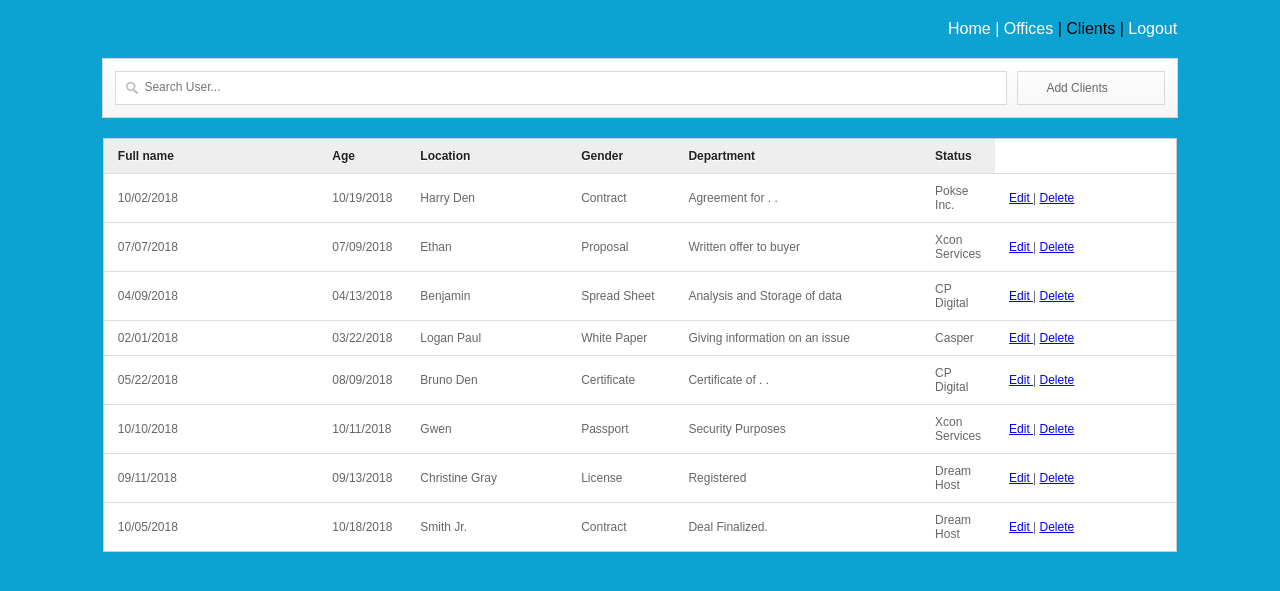
Repository: MrSyntax31/recordmanagement
Page: http://localhost/main/clients.php
An editor plug-in stored every save of this project. The page is shown before and after a run of saves, followed by the edit.
The browser window is 1280 px wide. The pictures show the whole page.
The page is run by PHP 8.4 with error messages shown; the project is at /var/www/html/. The database holds what the project's SQL file puts in it.

Above is the page before, as saved 2022-03-03 14:42:03.

### main/clients.php
<style>
body {
	background: #0ca3d2;
}
table { border-collapse: separate; background-color: #FFFFFF; border-spacing: 0; width: 85%; color: #666666; text-shadow: 0 1px 0 #FFFFFF; border: 1px solid #CCCCCC; box-shadow: 0; margin: 0 auto;font-family: arial; }
table thead tr th { background: none repeat scroll 0 0 #EEEEEE; color: #222222; padding: 10px 14px; text-align: left; border-top: 0 none; font-size: 12px; }
table tbody tr td{
    background-color: #FFFFFF;
	font-size: 12px;
    text-align: left;
	padding: 10px 14px;
	border-top: 1px solid #DDDDDD;
}
#log {
	width: 85%;
	text-align: right;
	margin: 20px auto;
	font-family: arial;
}
#log a {
	color: #FFFFFF;
	text-decoration: none;
	font-family: arial;
}
#formdesign {
	background: linear-gradient(to bottom, #FFFFFF 0%, #F6F6F6 100%) repeat scroll 0 0 rgba(0, 0, 0, 0);
    border: 1px solid #D5D5D5;
    padding: 12px;
    position: relative;
	margin: 20px auto;
	width: 83%;
	clear: both;
	height: 34px;
}
#filter {
	-moz-box-sizing: border-box;
    background: url("img/big_search.png") no-repeat scroll 10px 10px #FFFFFF;
    box-shadow: none;
    display: block;
    font-size: 12px;
    height: 34px;
    padding: 9px 140px 9px 28px;display: block;
    font-size: 12px;
    height: 34px;
    padding: 9px 140px 9px 28px;
    width: 85%;
	border: 1px solid #DADADA;
    transition: border 0.2s linear 0s, box-shadow 0.2s linear 0s;
	padding-top: 6px;
	float: left;
}
#add {
	float: right;
	width: 8.5%;
	display: block;
    font-size: 12px;
    height: 14px;
    padding: 9px 28px 9px 28px;
	border: 1px solid #DADADA;
}
a#add {
	text-decoration: none;
	color: #666666;
	font-family: arial;
	font-size: 12px;
}

</style>
<script src="argiepolicarpio.js" type="text/javascript" charset="utf-8"></script>
<script src="js/application.js" type="text/javascript" charset="utf-8"></script>
<!--sa poip up-->
<link href="src/facebox.css" media="screen" rel="stylesheet" type="text/css" />
   <script src="lib/jquery.js" type="text/javascript"></script>
  <script src="src/facebox.js" type="text/javascript"></script>
  <script type="text/javascript">
    jQuery(document).ready(function($) {
      $('a[rel*=facebox]').facebox({
        loadingImage : 'src/loading.gif',
        closeImage   : 'src/closelabel.png'
      })
    })
  </script>
<div id="log"> <a href="index.php">Home | <a href="offices.php">Offices</a> | Clients |  <a href="../index.php">Logout</a>
</div>
<div id="formdesign">
<input type="text" name="filter" value="" id="filter" placeholder="Search User..." autocomplete="off" />
<a rel="facebox" href="add.php" id="add">Add Clients</a>
</div>
<table cellspacing="0" cellpadding="2" id="resultTable">
<thead>
	<tr>
		<th width="20%"> Full name</th>
		<th width="7%"> Age</th>
		<th width="15%"> Location </th>
		<th width="10%"> Gender </th>
		<th width="23%"> Department </th>
		<th width="5%">  Status </th>
	</tr>
</thead>
<tbody>
	<?php
		include('connect.php');
		$result = $db->prepare("SELECT * FROM transaction ORDER BY id DESC");
		$result->execute();
		for($i=0; $row = $result->fetch(); $i++){
	?>
	<tr class="record">
		<td><?php echo $row['date']; ?></td>
		<td><?php echo $row['dateout']; ?></td>
		<td><?php echo $row['receive_by']; ?></td>
		<td><?php echo $row['doc_type']; ?></td>
		<td><?php echo $row['description']; ?></td>
		<td><?php echo $row['office']; ?></td>
		<td><a rel="facebox" href="editform.php?id=<?php echo $row['id']; ?>"> Edit </a> | <a href="#" id="<?php echo $row['id']; ?>" class="delbutton" title="Click To Delete">Delete</a></td>
	</tr>
	<?php
		}
	?>
</tbody>
</table>
<script src="js/jquery.js"></script>
  <script type="text/javascript">
$(function() {


$(".delbutton").click(function(){

//Save the link in a variable called element
var element = $(this);

//Find the id of the link that was clicked
var del_id = element.attr("id");

//Built a url to send
var info = 'id=' + del_id;
 if(confirm("Sure you want to delete this update? There is NO undo!"))
		  {

 $.ajax({
   type: "GET",
   url: "delete.php",
   data: info,
   success: function(){

   }
 });
         $(this).parents(".record").animate({ backgroundColor: "#fbc7c7" }, "fast")
		.animate({ opacity: "hide" }, "slow");

 }

return false;

});

});
</script>

### main/connect.php
<?php
/* Database config */
$db_host		= 'localhost';
$db_user		= 'root';
$db_pass		= '';
$db_database	= 'record';

/* End config */

$db = new PDO('mysql:host='.$db_host.';dbname='.$db_database, $db_user, $db_pass);
$db->setAttribute(PDO::ATTR_ERRMODE, PDO::ERRMODE_EXCEPTION);

?>

### main/js/application.js
$(document).ready(function() {
	zebraRows('tr:odd td', 'odd');

	$('tbody tr').hover(function(){
	  $(this).find('td').addClass('hovered');
	}, function(){
	  $(this).find('td').removeClass('hovered');
	});

	//default each row to visible
	$('tbody tr').addClass('visible');

	//overrides CSS display:none property
	//so only users w/ JS will see the
	//filter box
	$('#search').show();

	$('#filter').keyup(function(event) {
		//if esc is pressed or nothing is entered
    if (event.keyCode == 27 || $(this).val() == '') {
			//if esc is pressed we want to clear the value of search box
			$(this).val('');

			//we want each row to be visible because if nothing
			//is entered then all rows are matched.
      $('tbody tr').removeClass('visible').show().addClass('visible');
    }

		//if there is text, lets filter
		else {
      filter('tbody tr', $(this).val());
    }

		//reapply zebra rows
		$('.visible td').removeClass('odd');
		zebraRows('.visible:even td', 'odd');
	});

	//grab all header rows
	$('thead th').each(function(column) {
		$(this).addClass('sortable')
					.click(function(){
						var findSortKey = function($cell) {
							return $cell.find('.sort-key').text().toUpperCase() + ' ' + $cell.text().toUpperCase();
						};

						var sortDirection = $(this).is('.sorted-asc') ? -1 : 1;

						//step back up the tree and get the rows with data
						//for sorting
						var $rows		= $(this).parent()
																.parent()
																.parent()
																.find('tbody tr')
																.get();

						//loop through all the rows and find
						$.each($rows, function(index, row) {
							row.sortKey = findSortKey($(row).children('td').eq(column));
						});

						//compare and sort the rows alphabetically
						$rows.sort(function(a, b) {
							if (a.sortKey < b.sortKey) return -sortDirection;
							if (a.sortKey > b.sortKey) return sortDirection;
							return 0;
						});

						//add the rows in the correct order to the bottom of the table
						$.each($rows, function(index, row) {
							$('tbody').append(row);
							row.sortKey = null;
						});

						//identify the column sort order
						$('th').removeClass('sorted-asc sorted-desc');
						var $sortHead = $('th').filter(':nth-child(' + (column + 1) + ')');
						sortDirection == 1 ? $sortHead.addClass('sorted-asc') : $sortHead.addClass('sorted-desc');

						//identify the column to be sorted by
						$('td').removeClass('sorted')
									.filter(':nth-child(' + (column + 1) + ')')
									.addClass('sorted');

						$('.visible td').removeClass('odd');
						zebraRows('.visible:even td', 'odd');
					});
	});
});


//used to apply alternating row styles
function zebraRows(selector, className)
{
	$(selector).removeClass(className)
							.addClass(className);
}

//filter results based on query
function filter(selector, query) {
	query	=	$.trim(query); //trim white space
  query = query.replace(/ /gi, '|'); //add OR for regex

  $(selector).each(function() {
    ($(this).text().search(new RegExp(query, "i")) < 0) ? $(this).hide().removeClass('visible') : $(this).show().addClass('visible');
  });
}

### main/src/facebox.css
#facebox {
  position: absolute;
  top: 0;
  left: 0;
  z-index: 100;
  text-align: left;
}


#facebox .popup{
  position:relative;
  border:3px solid rgba(0,0,0,0);
  -webkit-border-radius:5px;
  -moz-border-radius:5px;
  border-radius:5px;
  -webkit-box-shadow:0 0 18px rgba(0,0,0,0.4);
  -moz-box-shadow:0 0 18px rgba(0,0,0,0.4);
  box-shadow:0 0 18px rgba(0,0,0,0.4);
}

#facebox .content {
  display:table;
  width: 280px;
  padding: 10px;
  background: #fff;
  -webkit-border-radius:4px;
  -moz-border-radius:4px;
  border-radius:4px;
}

#facebox .content > p:first-child{
  margin-top:0;
}
#facebox .content > p:last-child{
  margin-bottom:0;
}

#facebox .close{
  position:absolute;
  top:5px;
  right:5px;
  padding:2px;
  background:#fff;
}
#facebox .close img{
  opacity:0.3;
}
#facebox .close:hover img{
  opacity:1.0;
}

#facebox .loading {
  text-align: center;
}

#facebox .image {
  text-align: center;
}

#facebox img {
  border: 0;
  margin: 0;
}

#facebox_overlay {
  position: fixed;
  top: 0px;
  left: 0px;
  height:100%;
  width:100%;
}

.facebox_hide {
  z-index:-100;
}

.facebox_overlayBG {
  background-color: #000;
  z-index: 99;
}

.hoverbox
{
	cursor: default;
	list-style: none;
}

.hoverbox a
{
	cursor:pointer;
}


.hoverbox img
{
	background: #fff;
	border-color: #aaa #ccc #ddd #bbb;
	border-style: solid;
	border-width: 1px;
	color: inherit;
	padding: 2px;
	vertical-align: top;
	width: 115px;
	height: 70px;
	margin-bottom:5px;
}

### main/src/facebox.js
/*
 * Facebox (for jQuery)
 * version: 1.2 (05/05/2008)
 * @requires jQuery v1.2 or later
 *
 * Examples at http://famspam.com/facebox/
 *
 * Licensed under the MIT:
 *   http://www.opensource.org/licenses/mit-license.php
 *
 * Copyright 2007, 2008 Chris Wanstrath [ chris@ozmm.org ]
 *
 * Usage:
 *
 *  jQuery(document).ready(function() {
 *    jQuery('a[rel*=facebox]').facebox()
 *  })
 *
 *  <a href="#terms" rel="facebox">Terms</a>
 *    Loads the #terms div in the box
 *
 *  <a href="terms.html" rel="facebox">Terms</a>
 *    Loads the terms.html page in the box
 *
 *  <a href="terms.png" rel="facebox">Terms</a>
 *    Loads the terms.png image in the box
 *
 *
 *  You can also use it programmatically:
 *
 *    jQuery.facebox('some html')
 *    jQuery.facebox('some html', 'my-groovy-style')
 *
 *  The above will open a facebox with "some html" as the content.
 *
 *    jQuery.facebox(function($) {
 *      $.get('blah.html', function(data) { $.facebox(data) })
 *    })
 *
 *  The above will show a loading screen before the passed function is called,
 *  allowing for a better ajaxy experience.
 *
 *  The facebox function can also display an ajax page, an image, or the contents of a div:
 *
 *    jQuery.facebox({ ajax: 'remote.html' })
 *    jQuery.facebox({ ajax: 'remote.html' }, 'my-groovy-style')
 *    jQuery.facebox({ image: 'stairs.jpg' })
 *    jQuery.facebox({ image: 'stairs.jpg' }, 'my-groovy-style')
 *    jQuery.facebox({ div: '#box' })
 *    jQuery.facebox({ div: '#box' }, 'my-groovy-style')
 *
 *  Want to close the facebox?  Trigger the 'close.facebox' document event:
 *
 *    jQuery(document).trigger('close.facebox')
 *
 *  Facebox also has a bunch of other hooks:
 *
 *    loading.facebox
 *    beforeReveal.facebox
 *    reveal.facebox (aliased as 'afterReveal.facebox')
 *    init.facebox
 *    afterClose.facebox
 *
 *  Simply bind a function to any of these hooks:
 *
 *   $(document).bind('reveal.facebox', function() { ...stuff to do after the facebox and contents are revealed... })
 *
 */
(function($) {
  $.facebox = function(data, klass) {
    $.facebox.loading()

    if (data.ajax) fillFaceboxFromAjax(data.ajax, klass)
    else if (data.image) fillFaceboxFromImage(data.image, klass)
    else if (data.div) fillFaceboxFromHref(data.div, klass)
    else if ($.isFunction(data)) data.call($)
    else $.facebox.reveal(data, klass)
  }

  /*
   * Public, $.facebox methods
   */

  $.extend($.facebox, {
    settings: {
      opacity      : 0.2,
      overlay      : false,
      loadingImage : '/facebox/loading.gif',
      closeImage   : '/facebox/closelabel.png',
      imageTypes   : [ 'png', 'jpg', 'jpeg', 'gif' ],
      faceboxHtml  : '\
    <div id="facebox" style="display:none;"> \
      <div class="popup"> \
        <div class="content"> \
        </div> \
        <a href="#" class="close"><img src="/facebox/closelabel.png" title="close" class="close_image" /></a> \
      </div> \
    </div>'
    },

    loading: function() {
      init()
      if ($('#facebox .loading').length == 1) return true
      showOverlay()

      $('#facebox .content').empty()
      $('#facebox .body').children().hide().end().
        append('<div class="loading"><img src="'+$.facebox.settings.loadingImage+'"/></div>')

      $('#facebox').css({
        top:	getPageScroll()[1] + (getPageHeight() / 10),
        left:	$(window).width() / 2 - 205
      }).show()

      $(document).bind('keydown.facebox', function(e) {
        if (e.keyCode == 27) $.facebox.close()
        return true
      })
      $(document).trigger('loading.facebox')
    },

    reveal: function(data, klass) {
      $(document).trigger('beforeReveal.facebox')
      if (klass) $('#facebox .content').addClass(klass)
      $('#facebox .content').append(data)
      $('#facebox .loading').remove()
      $('#facebox .body').children().fadeIn('normal')
      $('#facebox').css('left', $(window).width() / 2 - ($('#facebox .popup').width() / 2))
      $(document).trigger('reveal.facebox').trigger('afterReveal.facebox')
    },

    close: function() {
      $(document).trigger('close.facebox')
      return false
    }
  })

  /*
   * Public, $.fn methods
   */

  $.fn.facebox = function(settings) {
    if ($(this).length == 0) return

    init(settings)

    function clickHandler() {
      $.facebox.loading(true)

      // support for rel="facebox.inline_popup" syntax, to add a class
      // also supports deprecated "facebox[.inline_popup]" syntax
      var klass = this.rel.match(/facebox\[?\.(\w+)\]?/)
      if (klass) klass = klass[1]

      fillFaceboxFromHref(this.href, klass)
      return false
    }

    return this.bind('click.facebox', clickHandler)
  }

  /*
   * Private methods
   */

  // called one time to setup facebox on this page
  function init(settings) {
    if ($.facebox.settings.inited) return true
    else $.facebox.settings.inited = true

    $(document).trigger('init.facebox')
    makeCompatible()

    var imageTypes = $.facebox.settings.imageTypes.join('|')
    $.facebox.settings.imageTypesRegexp = new RegExp('\.(' + imageTypes + ')$', 'i')

    if (settings) $.extend($.facebox.settings, settings)
    $('body').append($.facebox.settings.faceboxHtml)

    var preload = [ new Image(), new Image() ]
    preload[0].src = $.facebox.settings.closeImage
    preload[1].src = $.facebox.settings.loadingImage

    $('#facebox').find('.b:first, .bl').each(function() {
      preload.push(new Image())
      preload.slice(-1).src = $(this).css('background-image').replace(/url\((.+)\)/, '$1')
    })

    $('#facebox .close').click($.facebox.close)
    $('#facebox .close_image').attr('src', $.facebox.settings.closeImage)
  }

  // getPageScroll() by quirksmode.com
  function getPageScroll() {
    var xScroll, yScroll;
    if (self.pageYOffset) {
      yScroll = self.pageYOffset;
      xScroll = self.pageXOffset;
    } else if (document.documentElement && document.documentElement.scrollTop) {	 // Explorer 6 Strict
      yScroll = document.documentElement.scrollTop;
      xScroll = document.documentElement.scrollLeft;
    } else if (document.body) {// all other Explorers
      yScroll = document.body.scrollTop;
      xScroll = document.body.scrollLeft;
    }
    return new Array(xScroll,yScroll)
  }

  // Adapted from getPageSize() by quirksmode.com
  function getPageHeight() {
    var windowHeight
    if (self.innerHeight) {	// all except Explorer
      windowHeight = self.innerHeight;
    } else if (document.documentElement && document.documentElement.clientHeight) { // Explorer 6 Strict Mode
      windowHeight = document.documentElement.clientHeight;
    } else if (document.body) { // other Explorers
      windowHeight = document.body.clientHeight;
    }
    return windowHeight
  }

  // Backwards compatibility
  function makeCompatible() {
    var $s = $.facebox.settings

    $s.loadingImage = $s.loading_image || $s.loadingImage
    $s.closeImage = $s.close_image || $s.closeImage
    $s.imageTypes = $s.image_types || $s.imageTypes
    $s.faceboxHtml = $s.facebox_html || $s.faceboxHtml
  }

  // Figures out what you want to display and displays it
  // formats are:
  //     div: #id
  //   image: blah.extension
  //    ajax: anything else
  function fillFaceboxFromHref(href, klass) {
    // div
    if (href.match(/#/)) {
      var url    = window.location.href.split('#')[0]
      var target = href.replace(url,'')
      if (target == '#') return
      $.facebox.reveal($(target).html(), klass)

    // image
    } else if (href.match($.facebox.settings.imageTypesRegexp)) {
      fillFaceboxFromImage(href, klass)
    // ajax
    } else {
      fillFaceboxFromAjax(href, klass)
    }
  }

  function fillFaceboxFromImage(href, klass) {
    var image = new Image()
    image.onload = function() {
      $.facebox.reveal('<div class="image"><img src="' + image.src + '" /></div>', klass)
    }
    image.src = href
  }

  function fillFaceboxFromAjax(href, klass) {
    $.get(href, function(data) { $.facebox.reveal(data, klass) })
  }

  function skipOverlay() {
    return $.facebox.settings.overlay == false || $.facebox.settings.opacity === null
  }

  function showOverlay() {
    if (skipOverlay()) return

    if ($('#facebox_overlay').length == 0)
      $("body").append('<div id="facebox_overlay" class="facebox_hide"></div>')

    $('#facebox_overlay').hide().addClass("facebox_overlayBG")
      .css('opacity', $.facebox.settings.opacity)
      .click(function() { $(document).trigger('close.facebox') })
      .fadeIn(200)
    return false
  }

  function hideOverlay() {
    if (skipOverlay()) return

    $('#facebox_overlay').fadeOut(200, function(){
      $("#facebox_overlay").removeClass("facebox_overlayBG")
      $("#facebox_overlay").addClass("facebox_hide")
      $("#facebox_overlay").remove()
    })

    return false
  }

  /*
   * Bindings
   */

  $(document).bind('close.facebox', function() {
    $(document).unbind('keydown.facebox')
    $('#facebox').fadeOut(function() {
      $('#facebox .content').removeClass().addClass('content')
      $('#facebox .loading').remove()
      $(document).trigger('afterClose.facebox')
    })
    hideOverlay()
  })

})(jQuery);

### main/DATABASE/record.sql (the tables this page reads)
CREATE TABLE IF NOT EXISTS `transaction` (
`id` int(11) NOT NULL,
  `date` varchar(100) NOT NULL,
  `doc_type` varchar(100) NOT NULL,
  `description` varchar(1000) NOT NULL,
  `office` varchar(100) NOT NULL,
  `status` varchar(100) NOT NULL,
  `dateout` varchar(100) NOT NULL,
  `receive_by` varchar(100) NOT NULL,
  `ft` varchar(100) NOT NULL
) ENGINE=InnoDB AUTO_INCREMENT=9 DEFAULT CHARSET=latin1;

INSERT INTO `transaction` (`id`, `date`, `doc_type`, `description`, `office`, `status`, `dateout`, `receive_by`, `ft`) VALUES
(1, '10/05/2018', 'Contract', 'Deal Finalized. ', 'Dream Host', 'Completed', '10/18/2018', 'Smith Jr.', 'Paul Rudd'),
(2, '09/11/2018', 'License', 'Registered', 'Dream Host', 'Completed', '09/13/2018', 'Christine Gray', 'Stephen Strange'),
(3, '10/10/2018', 'Passport', 'Security Purposes', 'Xcon Services', 'Authentication Failed', '10/11/2018', 'Gwen', 'John Doe'),
(4, '05/22/2018', 'Certificate', 'Certificate of . .', 'CP Digital', 'Completed', '08/09/2018', 'Bruno Den', 'James William'),
(5, '02/01/2018', 'White Paper', 'Giving information on an issue', 'Casper', 'Needs to View', '03/22/2018', 'Logan Paul', 'Elijah'),
(6, '04/09/2018', 'Spread Sheet', 'Analysis and Storage of data', 'CP Digital', 'Delivered', '04/13/2018', 'Benjamin', 'James William'),
(7, '07/07/2018', 'Proposal', 'Written offer to buyer', 'Xcon Services', 'Declined', '07/09/2018', 'Ethan', 'John Doe'),
(8, '10/02/2018', 'Contract', 'Agreement for . .', 'Pokse Inc.', 'Needs to Sign', '10/19/2018', 'Harry Den', 'Ryan Carter');

ALTER TABLE `transaction`
 ADD PRIMARY KEY (`id`);

ALTER TABLE `transaction`
MODIFY `id` int(11) NOT NULL AUTO_INCREMENT,AUTO_INCREMENT=9;

Loaded but not shown: main/argiepolicarpio.js (library); main/lib/jquery.js (library); main/js/jquery.js (library)

After the next 2 saves:
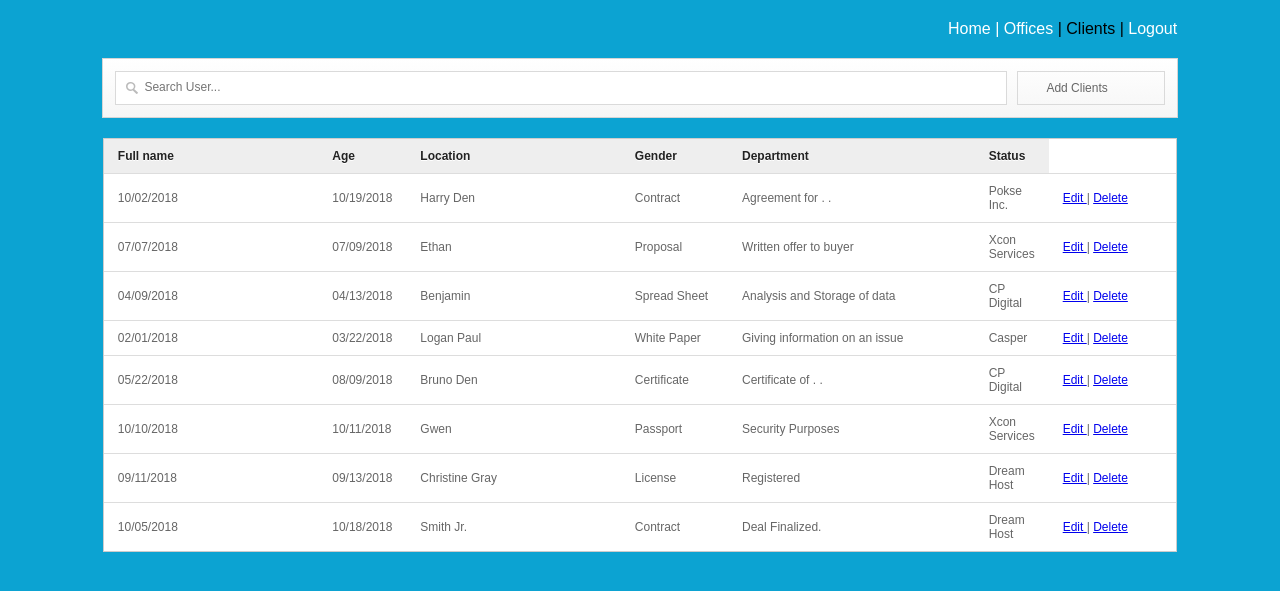
The 2 saves are shown as one change because they came seconds apart.
The last was saved 19 s later.
--- a/main/clients.php
+++ b/main/clients.php
@@ -91,7 +91,7 @@ a#add {
 	<tr>
 		<th width="20%"> Full name</th>
 		<th width="7%"> Age</th>
-		<th width="15%"> Location </th>
+		<th width="20%"> Location </th>
 		<th width="10%"> Gender </th>
 		<th width="23%"> Department </th>
 		<th width="5%">  Status </th>
